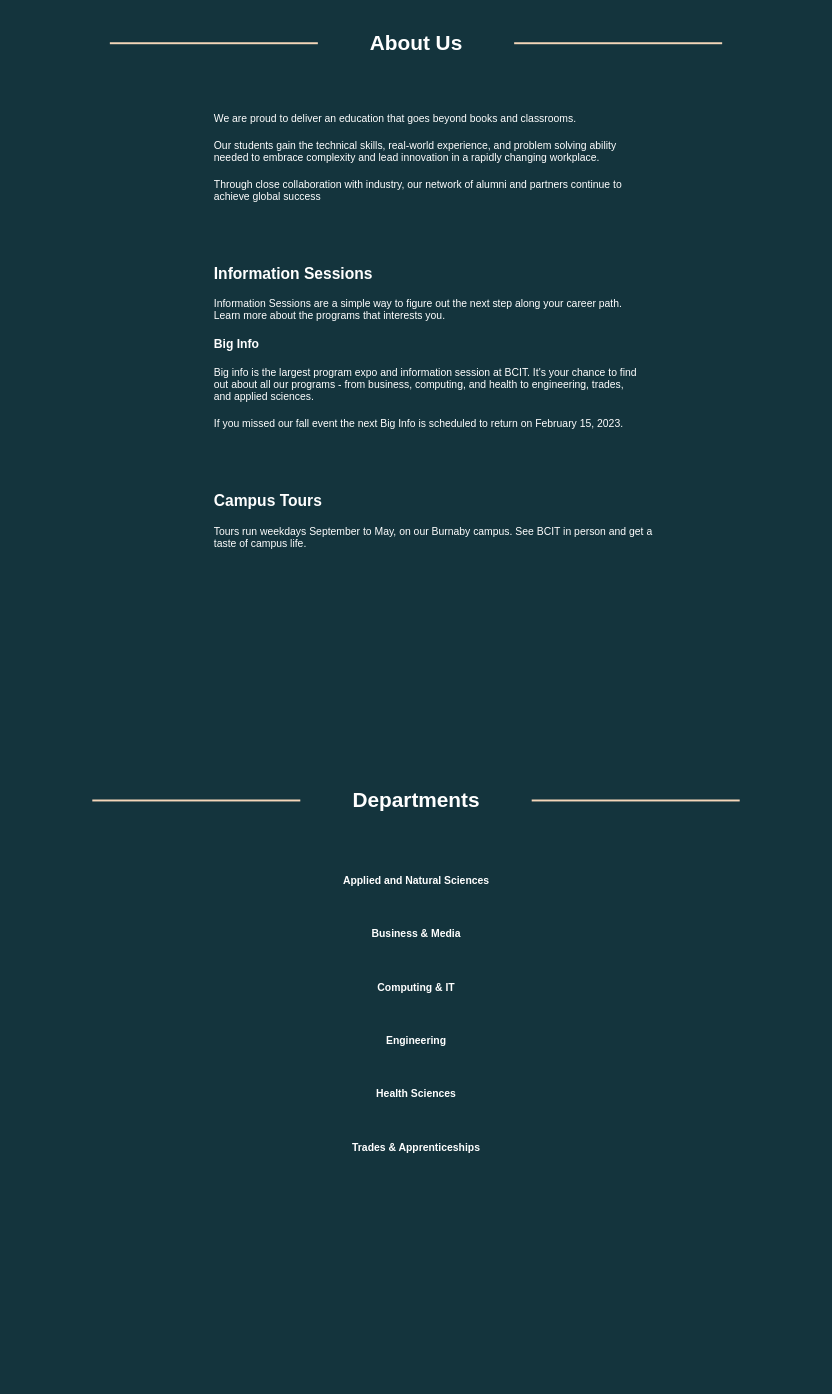
Repository: jennydmcm/assignment-1-playwright-site-A01338943
Page: /about
The author's editor kept a copy of each file at every save. The page is drawn from the files as they stood at one save, then again after the next save.
The browser window is 1280 px wide. The pictures show the whole page, at 65% of full size.
The project was rebuilt for these pictures with package versions that can differ from the ones it lists, and the page was loaded fresh each time. The framework's server and built-in components were replaced by stand-ins that run in the browser. Also part of the build but not shown: next.config.js.

Above is the page before, as saved 2023-02-08 14:11:22.

After the next save:
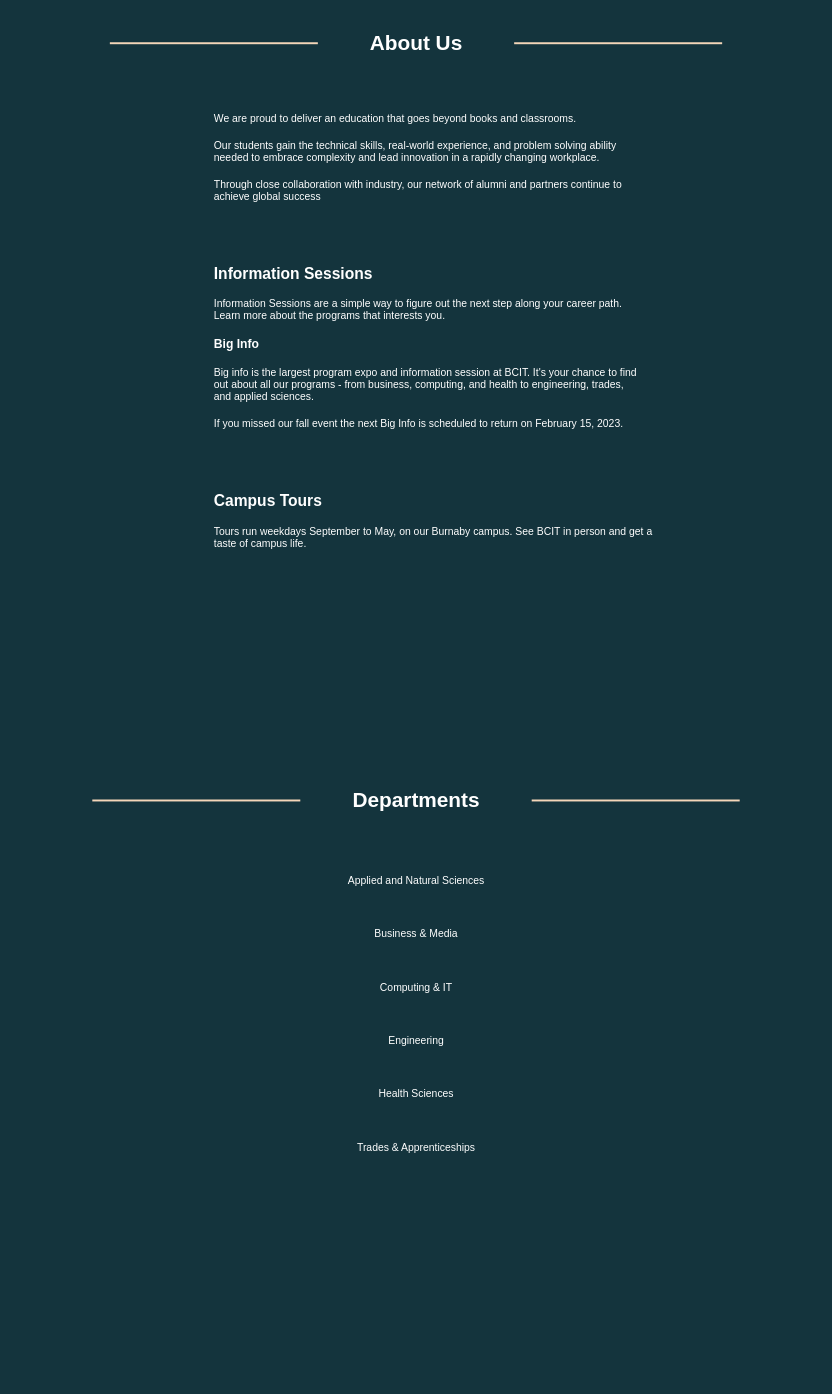
Saved 10 s later.
--- a/styles/About.module.css
+++ b/styles/About.module.css
@@ -89,4 +89,5 @@
     flex-direction: column;
     padding-top: 2rem;
     padding-bottom: 2rem;
+    font-weight: lighter;
 }
